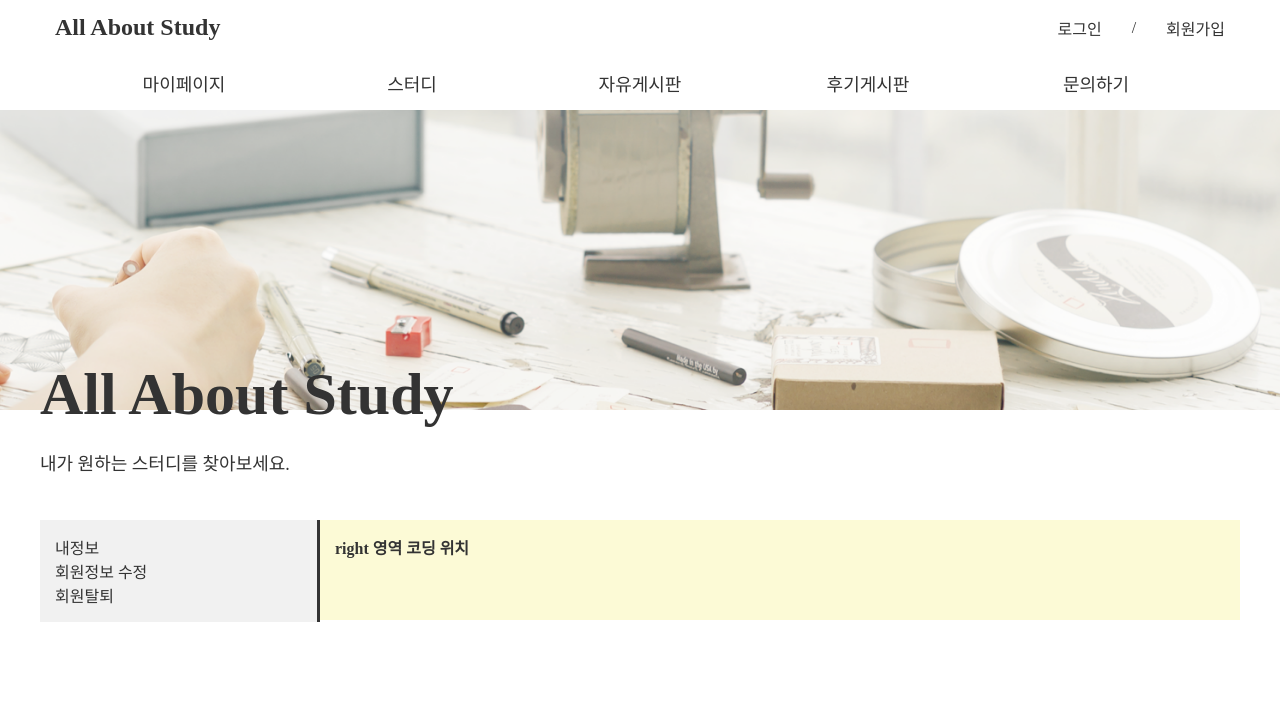
Repository: agheha/trillion
Page: YH/study_project/html/update.html
These files come from the project's save history. The page is drawn as it stood at one moment and after the next save; the edit follows.
The browser window is 1280 px wide. The pictures show the whole page.

Above is the page before, as saved 2019-09-06 12:22:35.

### YH/study_project/html/update.html
<!DOCTYPE html>
<html lang="en">
<head>
    <meta charset="UTF-8">
    <meta name="viewport" content="width=device-width, initial-scale=1.0">
    <meta http-equiv="X-UA-Compatible" content="ie=edge">
    <title>Document</title>
    <link rel="stylesheet" href="./../css/header.css">
    <link rel="stylesheet" href="./../css/update.css">
    <link rel="stylesheet" href="./../css/common.css">

</head>
<body>
    <header>
        <div class="header_top_wrap">
            <div><a href="#">All About Study</a></div>
            <div>
                <ul>
                    <li><a href="#">로그인</a></li>
                    <li>/</li>
                    <li><a href="#">회원가입</a></li>
                </ul>
            </div>
        </div>
        <div class="header_bot_wrap">
            <div><a href="#">마이페이지</a></div>
            <div><a href="#">스터디</a></div>
            <div><a href="#">자유게시판</a></div>
            <div><a href="#">후기게시판</a></div>
            <div><a href="#">문의하기</a></div>
        </div>
    </header>
    <section class="background_wrap">
        <div class="background">
            <h1>All About Study</h1>
            <p>내가 원하는 스터디를 찾아보세요.</p>
        </div>
    </section>

    <section>
        <div class="section_wrap left_wrap">
            <ul>
                <li ><a class="left_menu" href="#">내정보</a></li>
                <li class="left_menu"><a href="#">회원정보 수정</a></li>
                <li class="left_menu"><a href="#">회원탈퇴</a></li>
            </ul>
        </div>
        <div class="section_wrap right_wrap">
            <h1>right 영역 코딩 위치</h1>
        </div>
    </section>

</body>
</html>

### YH/study_project/css/header.css
header {
    width: 1200px;
    margin: 0 auto;
}

/* header_top_wrap */
.header_top_wrap {
    width: 100%;
    height: 55px;
}
.header_top_wrap > div:first-child {
    display: table;
    float: left;
    height: 100%;
}
.header_top_wrap > div:first-child > a {
    display: table-cell;
    vertical-align: middle;
    padding-left: 15px;
    font-size: 24px;
    font-weight: 900;
}
.header_top_wrap > div:last-child {
    float: right;
    height: 100%;
    text-align: center;
}
.header_top_wrap ul {
    display: table;
    height: 100%;
}
.header_top_wrap ul li {
    display: table;
    float: left;
    height: 100%;
    padding: 0 15px;
}
.header_top_wrap ul li:nth-child(2) {
    display:table-cell;
    vertical-align: middle;
    float: none;
}
.header_top_wrap ul li a {
    display: table-cell;
    vertical-align: middle;
}
.header_top_wrap ul li a:hover {
    text-decoration:underline;
}

/* header_bot_wrap */
.header_bot_wrap {
    box-sizing: border-box;
    width:100%;
    height: 55px;
    padding: 0 30px;
}
.header_bot_wrap > div {
    width: 20%;
    height: 100%;
    float: left;
    display: table;
}
.header_bot_wrap > div > a {
    display: table-cell;
    vertical-align: middle;
    font-size: 18px;
    text-align: center;
}
.header_bot_wrap > div > a:hover {
    color: #dd333d;
}

/* section 전체 범위 설정 */
section {
    width: 1200px;
    margin: 0 auto;
}

/* background-wrap */
section.background_wrap {
    width: 100%;
    height: 300px;
    background-image: url("./../images/bg_image01.jpg");
    background-size: cover;
    background-position: bottom center;
    background-repeat: no-repeat;
}
.background_wrap > div.background {
    position: relative;
    width: 1200px;
    margin: 0 auto;
    top: 300px;
}
.background_wrap > div.background > h1 {
    position: relative;
    font-size: 60px;
    top: -50px;
}
.background_wrap > div.background > p {
    position: relative;
    font-size: 18px;
    top: -30px;
}

/* section 퍼블리싱 다시 초기화 */
section:nth-child(3) {
    width: 1200px;
    margin: 0 auto;
    padding-top: 110px;
}

.section_wrap {
    float:left;
    min-height: 100px;
    box-sizing: border-box;
    padding: 15px;
}
.left_wrap {
    width: 280px;
    border-right: 3px solid #333;
    background-color: #33333311;
}
.right_wrap {
    width: 920px;
    background-color: #eee33333;
}

### YH/study_project/css/update.css
a {
    height: 10px;
}

### YH/study_project/css/common.css
body, button, dd, dl, dt, fieldset,
form, h1, h2, h3, h4, h5, h6, input,
legend, li, ol, p, select, table, td,
textarea, th, ul {
    font-family: 'Noto Sans KR';
    margin: 0;
    padding: 0;
    list-style: none;
    text-decoration: none;
    font-size: 16px;
    color: #333;
}

html, body {
    height: 100%;
}

a {
    text-decoration: none;
    color: #333;
}

After the next save:
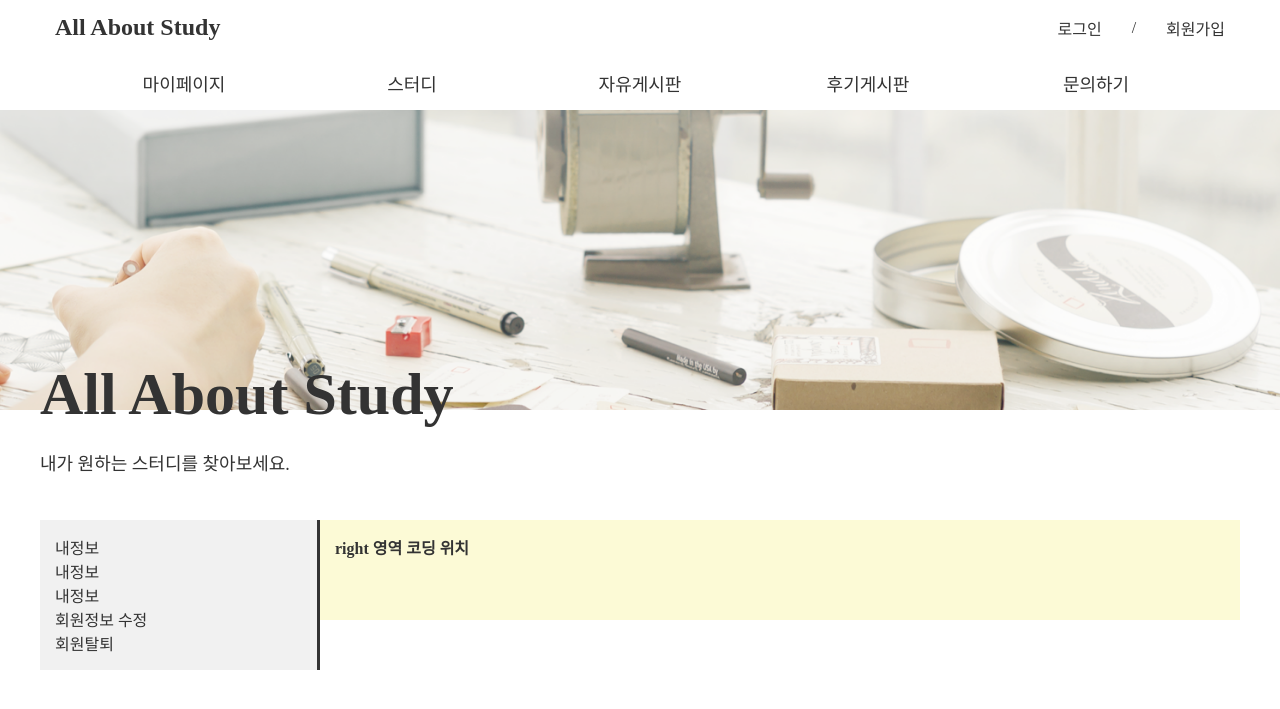
Saved 7 s later.
--- a/YH/study_project/html/update.html
+++ b/YH/study_project/html/update.html
@@ -41,6 +41,8 @@
         <div class="section_wrap left_wrap">
             <ul>
                 <li ><a class="left_menu" href="#">내정보</a></li>
+                <li ><a class="left_menu" href="#">내정보</a></li>
+                <li ><a class="left_menu" href="#">내정보</a></li>
                 <li class="left_menu"><a href="#">회원정보 수정</a></li>
                 <li class="left_menu"><a href="#">회원탈퇴</a></li>
             </ul>
